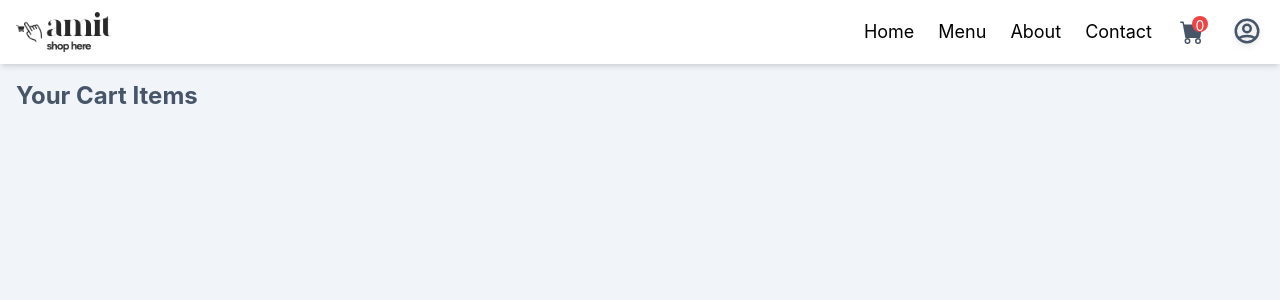
Repository: Lehuyhuynh/Web_ban_hoa_qua
Page: /cart (app in frontend/)
The author's editor kept a copy of each file at every save. The page is drawn from the files as they stood at one save, then again after the next save.
The browser window is 1280 px wide. The pictures show the whole page.
The page's requests for data from a server got no answer. The project was rebuilt for these pictures with package versions that can differ from the ones it lists, and the page was loaded fresh each time. No one was signed in, and anything a server would have sent is missing. Also part of the build but not shown: frontend/src/component/CardFeature.js, frontend/src/component/HomeCard.js, frontend/src/component/FilterProduct.js, frontend/src/component/AllProduct.js, frontend/src/page/Home.js, frontend/src/page/Menu.js, frontend/src/page/About.js, frontend/src/page/Contact.js and 5 more.

Above is the page before, as saved 2024-01-07 16:30:30.

### frontend/src/index.js
import React from "react";
import ReactDOM from "react-dom/client";
import "./index.css";
import App from "./App";
import reportWebVitals from "./reportWebVitals";
import {
  createBrowserRouter,
  createRoutesFromElements,
  Route,
  RouterProvider,
} from "react-router-dom";

import Home from "./page/Home";
import Menu from "./page/Menu";
import About from "./page/About";
import Contact from "./page/Contact";
import Login from "./page/login";
import NewProduct from "./page/Newproduct";
import Signup from "./page/Signup";
import { store } from "./redux/index";
import { Provider } from "react-redux";
import Cart from "./page/Cart";

const router = createBrowserRouter(
  createRoutesFromElements(
    <Route path="/" element={<App />}>
      <Route index element={<Home />} />
      {/* <Route path="menu" element={<Menu />} /> */}
      <Route path="menu/:filterby" element={<Menu />} />

      <Route path="about" element={<About />} />
      <Route path="contact" element={<Contact />} />
      <Route path="login" element={<Login />} />
      <Route path="newproduct" element={<NewProduct />} />
      <Route path="signup" element={<Signup />} />
      <Route path="cart" element={<Cart />} />
    </Route>
  )
);

const root = ReactDOM.createRoot(document.getElementById("root"));
root.render(
  <Provider store={store}>
    <RouterProvider router={router} />
  </Provider>
);

// If you want to start measuring performance in your app, pass a function
// to log results (for example: reportWebVitals(console.log))
// or send to an analytics endpoint. Learn more: https://bit.ly/CRA-vitals
reportWebVitals();

### frontend/src/App.js
import Header from "./component/Header";
import { Outlet } from "react-router-dom";
import toast, { Toaster } from "react-hot-toast";
import { useEffect } from "react";
import { useDispatch, useSelector } from "react-redux";
import { setDataProduct } from "./redux/productSlide";

function App() {
  const dispatch = useDispatch();
  const productData = useSelector((state) => state.product);

  useEffect(() => {
    (async () => {
      const res = await fetch(`${process.env.REACT_APP_SERVER_DOMIN}/product`);
      const resData = await res.json();
      console.log(1, resData);
      dispatch(setDataProduct(resData));
    })();
  }, []);

  return (
    <>
      <Toaster />
      <div>
        <Header />
        <main className="pt-16 bg-slate-100 min-h-[calc(100vh)]">
          <Outlet />
        </main>
      </div>
    </>
  );
}

export default App;

### frontend/src/redux/index.js
import { configureStore } from "@reduxjs/toolkit";
import userSliceReducer from "./userSlice";
import productSlideReducer from "./productSlide";

export const store = configureStore({
  reducer: {
    user: userSliceReducer,
    product: productSlideReducer,
  },
});

### frontend/src/page/Cart.js
import React from "react";
import { useSelector } from "react-redux";
import CartProduct from "../component/cartProduct";
// import emptyCartImage from "../assest/empty.gif";
// import { toast } from "react-hot-toast";
// import { loadStripe } from "@stripe/stripe-js";
import { useNavigate } from "react-router-dom";

const Cart = () => {
  const productCartItem = useSelector((state) => state.product.cartItem);
  const user = useSelector((state) => state.user);
  const navigate = useNavigate();

  const totalPrice = productCartItem.reduce(
    (acc, curr) => acc + parseInt(curr.total),
    0
  );
  const totalQty = productCartItem.reduce(
    (acc, curr) => acc + parseInt(curr.qty),
    0
  );

  const handlePayment = async () => {
    // if (user.email) {
    //   const stripePromise = await loadStripe(
    //     process.env.REACT_APP_STRIPE_PUBLIC_KEY
    //   );
    //   const res = await fetch(
    //     `${process.env.REACT_APP_SERVER_DOMIN}/create-checkout-session`,
    //     {
    //       method: "POST",
    //       headers: {
    //         "content-type": "application/json",
    //       },
    //       body: JSON.stringify(productCartItem),
    //     }
    //   );
    //   if (res.statusCode === 500) return;
    //   const data = await res.json();
    //   console.log(data);
    //   toast("Redirect to payment Gateway...!");
    //   stripePromise.redirectToCheckout({ sessionId: data });
    // } else {
    //   toast("You have not Login!");
    //   setTimeout(() => {
    //     navigate("/login");
    //   }, 1000);
    // }
  };
  return (
    <>
      <div className="p-2 md:p-4">
        <h2 className="text-lg md:text-2xl font-bold text-slate-600">
          Your Cart Items
        </h2>

        <div className="">
          {/* display cart items */}

          <div className="w-full max-w-3xl ">
            {productCartItem.map((el) => {
              return (
                <CartProduct
                  key={el._id}
                  id={el._id}
                  name={el.name}
                  image={el.image}
                  category={el.category}
                  qty={el.qty}
                  total={el.total}
                  price={el.price}
                />
              );
            })}
          </div>

          {/* total cart item */}
          <div className=""></div>
        </div>
      </div>
    </>
  );
};

export default Cart;

### frontend/src/component/Header.js
import React, { useState } from "react";
import { Link } from "react-router-dom";
import logo from "../assest/logo .png";
import { HiOutlineUserCircle } from "react-icons/hi";
import { BsCartFill } from "react-icons/bs";
import { useDispatch, useSelector } from "react-redux";
import { logoutRedux } from "../redux/userSlice";
import { toast } from "react-hot-toast";

const Header = () => {
  const [showMenu, setShowMenu] = useState(false);
  const userData = useSelector((state) => state.user);
  const dispatch = useDispatch();

  const handleShowMenu = () => {
    setShowMenu((preve) => !preve);
  };
  const handleLogout = () => {
    dispatch(logoutRedux());
    toast("Logout successfully");
  };

  const cartItemNumber = useSelector((state) => state.product.cartItem);
  return (
    <header className="fixed shadow-md w-full h-16 px-2 md:px-4 z-50 bg-white">
      {/* desktop */}

      <div className="flex items-center h-full justify-between">
        <Link to={""}>
          <div className="h-10">
            <img src={logo} className="h-full" />
          </div>
        </Link>

        <div className="flex items-center gap-4 md:gap-7">
          <nav className="gap-4 md:gap-6 text-base md:text-lg hidden md:flex">
            <Link to={""}>Home</Link>
            <Link to={"menu/6597c58e010c2e971dd750da"}>Menu</Link>
            <Link to={"about"}>About</Link>
            <Link to={"contact"}>Contact</Link>
          </nav>
          <div className="text-2xl text-slate-600 relative">
            <Link to={"cart"}>
              <BsCartFill />
              <div className="absolute -top-1 -right-1 text-white bg-red-500 h-4 w-4 rounded-full m-0 p-0 text-sm text-center ">
                {cartItemNumber.length}
              </div>
            </Link>
          </div>
          <div className=" text-slate-600" onClick={handleShowMenu}>
            <div className="text-3xl cursor-pointer w-8 h-8 rounded-full overflow-hidden drop-shadow-md">
              {userData.image ? (
                <img src={userData.image} className="h-full w-full" />
              ) : (
                <HiOutlineUserCircle />
              )}
            </div>
            {showMenu && (
              <div className="absolute right-2 bg-white py-2  shadow drop-shadow-md flex flex-col min-w-[120px] text-center">
                {userData.email === process.env.REACT_APP_ADMIN_EMAIL && (
                  <Link
                    to={"newproduct"}
                    className="whitespace-nowrap cursor-pointer px-2"
                  >
                    New product
                  </Link>
                )}

                {userData.image ? (
                  <p
                    className="cursor-pointer text-white px-2 bg-red-500"
                    onClick={handleLogout}
                  >
                    Logout ({userData.firstName}){" "}
                  </p>
                ) : (
                  <Link
                    to={"login"}
                    className="whitespace-nowrap cursor-pointer px-2"
                  >
                    Login
                  </Link>
                )}
                <nav className="text-base md:text-lg flex flex-col md:hidden">
                  <Link to={""} className="px-2 py-1">
                    Home
                  </Link>
                  <Link
                    to={"menu/6597c58e010c2e971dd750da"}
                    className="px-2 py-1"
                  >
                    Menu
                  </Link>
                  <Link to={"about"} className="px-2 py-1">
                    About
                  </Link>
                  <Link to={"contact"} className="px-2 py-1">
                    Contact
                  </Link>
                </nav>
              </div>
            )}
          </div>
        </div>
      </div>

      {/* mobile */}
    </header>
  );
};

export default Header;

### frontend/src/redux/productSlide.js
import { createSlice } from "@reduxjs/toolkit";
import { toast } from "react-hot-toast";

const initialState = {
  productList: [],
  cartItem: [],
};

export const productSlice = createSlice({
  name: "product",
  initialState,
  reducers: {
    setDataProduct: (state, action) => {
      console.log(action);
      state.productList = [...action.payload];
    },
    addCartItem: (state, action) => {
      console.log(5, action);
      const check = state.cartItem.some((el) => el._id === action.payload._id);
      if (check) {
        toast("Already Item in Cart");
      } else {
        toast("Item Add successfully");
        const total = action.payload.price;
        state.cartItem = [
          ...state.cartItem,
          { ...action.payload, qty: 1, total: total },
        ];
      }
    },
    deleteCartItem: (state, action) => {
      toast("one Item Delete");
      const index = state.cartItem.findIndex((el) => el._id === action.payload);
      state.cartItem.splice(index, 1);
      console.log(index);
    },
    increaseQty: (state, action) => {
      const index = state.cartItem.findIndex((el) => el._id === action.payload);
      let qty = state.cartItem[index].qty;
      const qtyInc = ++qty;
      state.cartItem[index].qty = qtyInc;

      const price = state.cartItem[index].price;
      const total = price * qtyInc;

      state.cartItem[index].total = total;
    },
    decreaseQty: (state, action) => {
      const index = state.cartItem.findIndex((el) => el._id === action.payload);
      let qty = state.cartItem[index].qty;
      if (qty > 1) {
        const qtyDec = ++qty;
        state.cartItem[index].qty = qtyDec;

        const price = state.cartItem[index].price;
        const total = price * qtyDec;

        state.cartItem[index].total = total;
      }
    },
  },
});

export const {
  setDataProduct,
  addCartItem,
  deleteCartItem,
  increaseQty,
  decreaseQty,
} = productSlice.actions;

export default productSlice.reducer;

### frontend/src/redux/userSlice.js
import { createSlice } from "@reduxjs/toolkit";

const initialState = {
  email: "",
  firstName: "",
  image: "",
  lastName: "",
  _id: "",
};

export const userSlice = createSlice({
  name: "user",
  initialState,
  reducers: {
    loginRedux: (state, action) => {
      console.log(action.payload.data);
      console.log(action);
      // state.user = action.payload.data;
      state._id = action.payload.data._id;
      state.firstName = action.payload.data.firstName;
      state.lastName = action.payload.data.lastName;
      state.email = action.payload.data.email;
      state.image = action.payload.data.image;
    },
    logoutRedux: (state, action) => {
      state._id = "";
      state.firstName = "";
      state.lastName = "";
      state.email = "";
      state.image = "";
    },
  },
});

export const { loginRedux, logoutRedux } = userSlice.actions;

export default userSlice.reducer;

### frontend/tailwind.config.js
/** @type {import('tailwindcss').Config} */
module.exports = {
  content: ["./src/**/*.{html,js}"],
  theme: {
    extend: {},
  },
  plugins: [
    // ...
    require("tailwind-scrollbar")({ nocompatible: true }),
  ],
};

Loaded but not shown: frontend/public/index.html (common file); frontend/src/index.css (common file); frontend/src/reportWebVitals.js (common file)

After the next save:
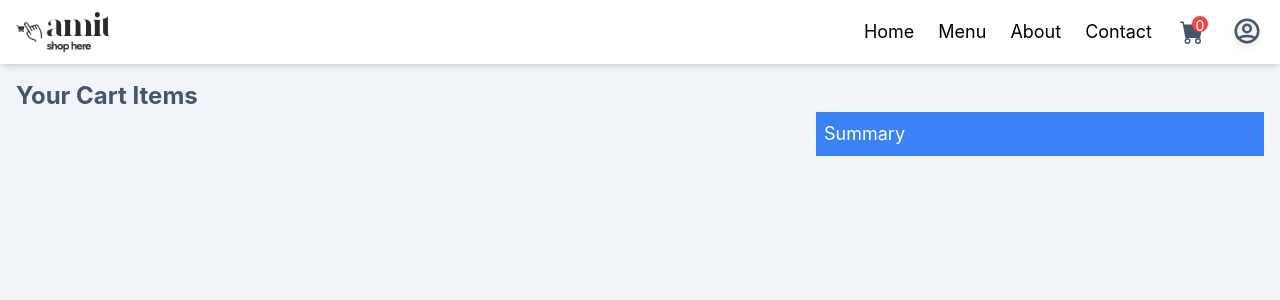
Saved 53 s later.
--- a/frontend/src/page/Cart.js
+++ b/frontend/src/page/Cart.js
@@ -75,7 +75,9 @@ const Cart = () => {
           </div>
 
           {/* total cart item */}
-          <div className=""></div>
+          <div className="w-full max-w-md  ml-auto">
+            <h2 className="bg-blue-500 text-white p-2 text-lg">Summary</h2>
+          </div>
         </div>
       </div>
     </>
